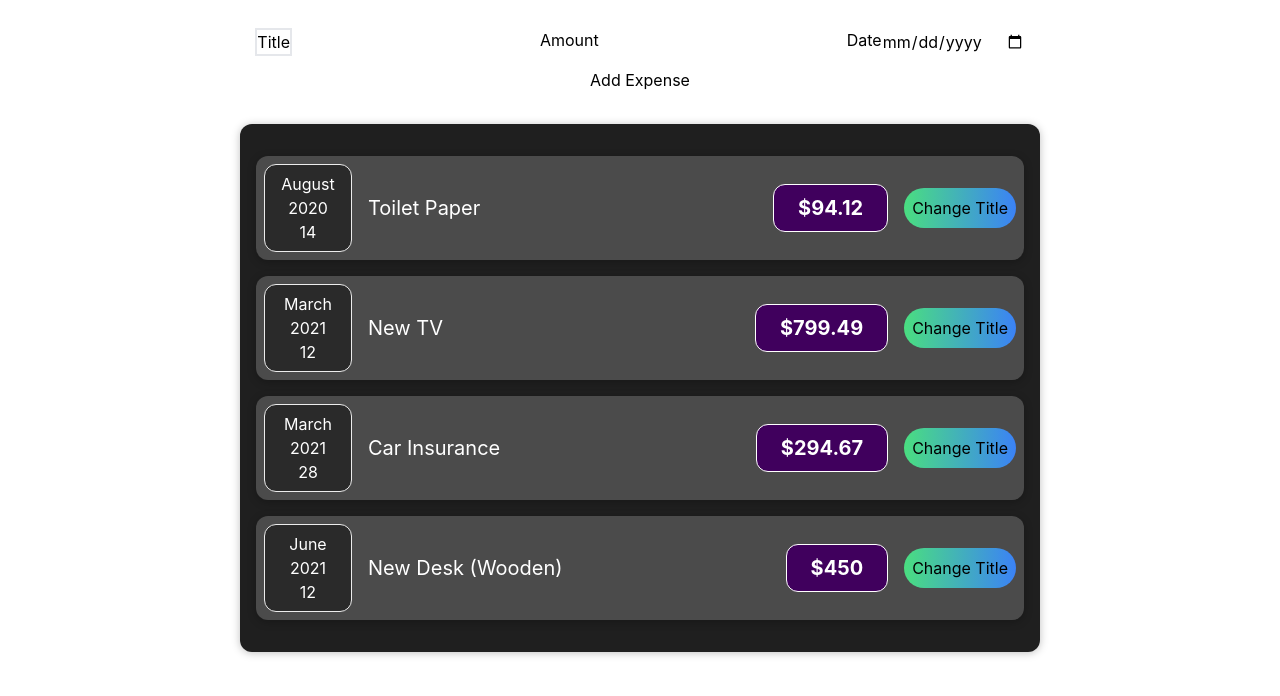
Repository: Sef24/expense-tracker
Page: /
These files come from the project's save history. The page is drawn as it stood at one moment and after the next save; the edit follows.
The browser window is 1280 px wide. The pictures show the whole page.
The project was rebuilt for these pictures with package versions that can differ from the ones it lists, and the page was loaded fresh each time. Also part of the build but not shown: src/components/NewExpense/NewExpense.css, src/components/NewExpense/ExpenseForm.css.

Above is the page before, as saved 2022-04-25 20:00:17.

### public/index.html
<!DOCTYPE html>
<html lang="en">
  <head>
    <meta charset="utf-8" />
    <link rel="icon" href="%PUBLIC_URL%/favicon.ico" />
    <meta name="viewport" content="width=device-width, initial-scale=1" />

    <meta
      name="description"
      content="Web site created using create-react-app"
    />
    <link rel="apple-touch-icon" href="%PUBLIC_URL%/logo192.png" />
    <!--
      manifest.json provides metadata used when your web app is installed on a
      user's mobile device or desktop. See https://developers.google.com/web/fundamentals/web-app-manifest/
    -->
    <link rel="manifest" href="%PUBLIC_URL%/manifest.json" />
    <!--
      Notice the use of %PUBLIC_URL% in the tags above.
      It will be replaced with the URL of the `public` folder during the build.
      Only files inside the `public` folder can be referenced from the HTML.

      Unlike "/favicon.ico" or "favicon.ico", "%PUBLIC_URL%/favicon.ico" will
      work correctly both with client-side routing and a non-root public URL.
      Learn how to configure a non-root public URL by running `npm run build`.
    -->
    <title>React App</title>
  </head>
  <body>
    <noscript>You need to enable JavaScript to run this app.</noscript>
    <div id="root"></div>
    <!--
      This HTML file is a template.
      If you open it directly in the browser, you will see an empty page.

      You can add webfonts, meta tags, or analytics to this file.
      The build step will place the bundled scripts into the <body> tag.

      To begin the development, run `npm start` or `yarn start`.
      To create a production bundle, use `npm run build` or `yarn build`.
    -->
  </body>
</html>

### src/App.js
import Expenses from "./components/Expenses";
import NewExpense from "./components/NewExpense/NewExpense";

function App() {
  const expenses = [
    {
      id: "e1",
      title: "Toilet Paper",
      amount: 94.12,
      date: new Date(2020, 7, 14),
    },
    { id: "e2", title: "New TV", amount: 799.49, date: new Date(2021, 2, 12) },
    {
      id: "e3",
      title: "Car Insurance",
      amount: 294.67,
      date: new Date(2021, 2, 28),
    },
    {
      id: "e4",
      title: "New Desk (Wooden)",
      amount: 450,
      date: new Date(2021, 5, 12),
    },
  ];
  return (
    <div>
      <NewExpense />
      <Expenses items={expenses} />
    </div>
  );
}

export default App;

### src/components/Expenses.js
import React from "react";
import ExpenseItem from "./ExpenseItem";
import "./Expenses.css";

function Expenses(props) {
  <h1 className=""> Hello</h1>;
  return (
    <div className="expenses">
      <ExpenseItem
        title={props.items[0].title}
        amount={props.items[0].amount}
        date={props.items[0].date}
      />

      <ExpenseItem
        title={props.items[1].title}
        amount={props.items[1].amount}
        date={props.items[1].date}
      />
      <ExpenseItem
        title={props.items[2].title}
        amount={props.items[2].amount}
        date={props.items[2].date}
      />
      <ExpenseItem
        title={props.items[3].title}
        amount={props.items[3].amount}
        date={props.items[3].date}
      />
    </div>
  );
}

export default Expenses;

### src/components/NewExpense/NewExpense.js
import React from "react";
import "./NewExpense.css";
import ExpenseForm from "./ExpenseForm";

function NewExpense() {
  return (
    <div>
      <ExpenseForm />
    </div>
  );
}

export default NewExpense;

### src/components/ExpenseItem.js
import React, { useState } from "react";
import "./ExpenseItem.css";
import ExpenseDate from "./ExpenseDate";

function ExpenseItem(props) {
  const [title, setTitle] = useState(props.title);

  const clickHandler = () => {
    setTitle("Updated");
    console.log(title);
  };

  return (
    <div className="expense-item ">
      <ExpenseDate date={props.date} />

      <div className="expense-item__description">
        <h2>{props.title}</h2>

        <div className="expense-item__price">${props.amount}</div>
      </div>
      <button
        className="p-2 ml-4 border-transparent rounded-full border-0
        bg-gradient-to-r from-green-400 to-blue-500
        hover:from-pink-500 hover:to-yellow-500 ...
        active:opacity-75"
        onClick={clickHandler}
      >
        Change Title
      </button>
    </div>
  );
}

export default ExpenseItem;

### src/components/NewExpense/ExpenseForm.js
import React, { useState } from "react";
import "./ExpenseForm.css";

function ExpenseForm() {
  return (
    <form>
      <div className="flex justify-center pt-4 m-3">
        <div className="border-2">Title</div>
        <input type="text" />

        <div>Amount</div>
        <input type="number" min="0.01" step="0.01" />

        <div>Date</div>
        <input type="date" />
      </div>
      <div className="flex justify-center">
        <button>Add Expense</button>
      </div>
    </form>
  );
}

export default ExpenseForm;

### src/components/ExpenseItem.css
.expense-item {
  display: flex;
  justify-content: space-between;
  align-items: center;
  box-shadow: 0 2px 8px rgba(0, 0, 0, 0.25);
  padding: 0.5rem;
  margin: 1rem 0;
  border-radius: 12px;
  background-color: #4b4b4b;
}

.expense-item__description {
  display: flex;
  flex-direction: column;
  gap: 1rem;
  align-items: flex-end;
  flex-flow: column-reverse;
  justify-content: flex-start;
  flex: 1;
}

.expense-item h2 {
  color: #3a3a3a;
  font-size: 1rem;
  flex: 1;
  margin: 0 1rem;
  color: white;
}

.expense-item__price {
  font-size: 1rem;
  font-weight: bold;
  color: white;
  background-color: #40005d;
  border: 1px solid white;
  padding: 0.5rem;
  border-radius: 12px;
}

@media (min-width: 580px) {
  .expense-item__description {
    flex-direction: row;
    align-items: center;
    justify-content: flex-start;
    flex: 1;
  }

  .expense-item__description h2 {
    font-size: 1.25rem;
  }

  .expense-item__price {
    font-size: 1.25rem;
    padding: 0.5rem 1.5rem;
  }
}

### src/components/ExpenseDate.js
import React from "react";
import "./ExpenseDate.css";

function ExpenseDate(props) {
  const month = props.date.toLocaleString("en-US", { month: "long" });
  const day = props.date.getDate();
  const year = props.date.getFullYear();

  return (
    <div className="expense-date">
      <div className="expense__month">{month}</div>
      <div className="expense__year">{year}</div>
      <div className="expense__day">{day}</div>
    </div>
  );
}

export default ExpenseDate;

Loaded but not shown: src/index.js (common file); src/index.css (common file); src/components/Expenses.css (common file); src/components/ExpenseDate.css (common file); tailwind.config.js (common file)

After the next save:
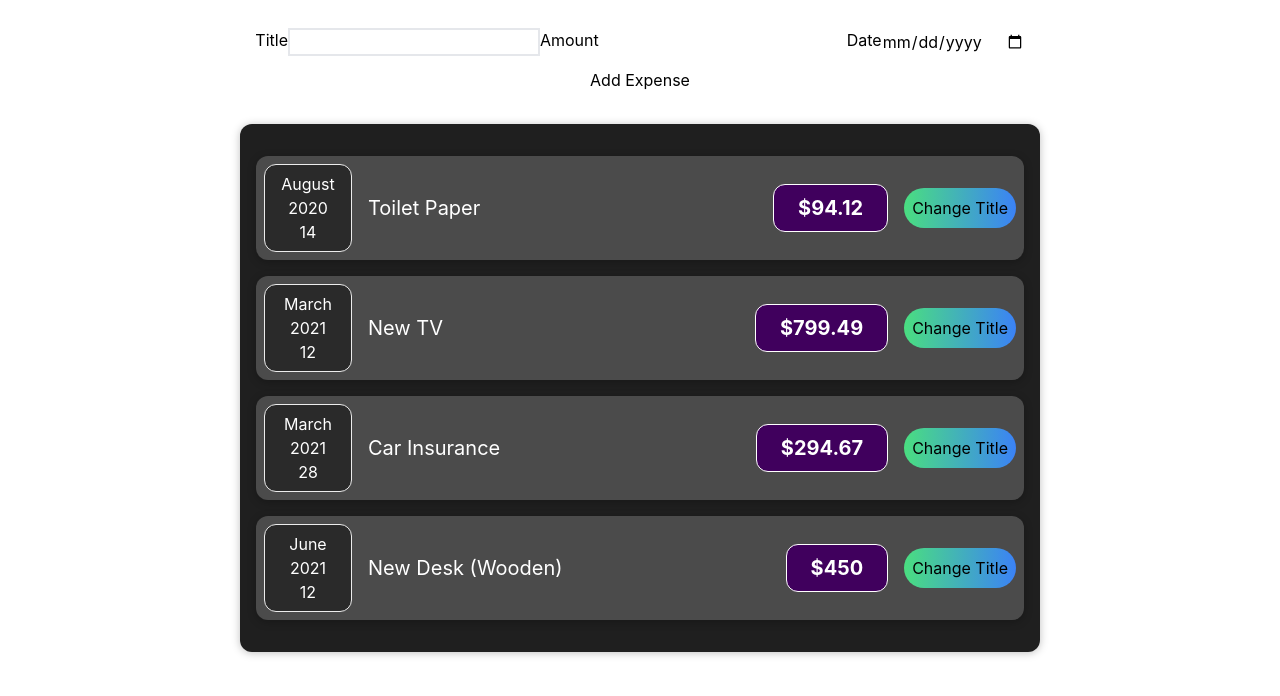
Saved 22 s later.
--- a/src/components/NewExpense/ExpenseForm.js
+++ b/src/components/NewExpense/ExpenseForm.js
@@ -5,8 +5,8 @@ function ExpenseForm() {
   return (
     <form>
       <div className="flex justify-center pt-4 m-3">
-        <div className="border-2">Title</div>
-        <input type="text" />
+        <div>Title</div>
+        <input className="border-2" type="text" />
 
         <div>Amount</div>
         <input type="number" min="0.01" step="0.01" />
